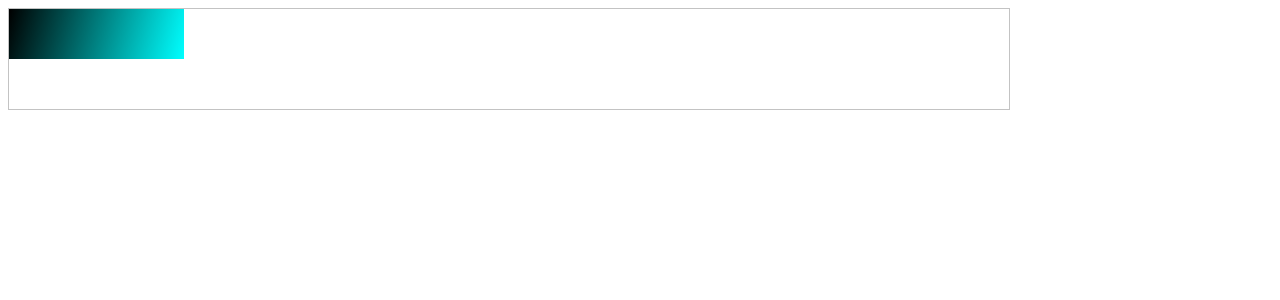
Repository: YukiXueyan/moquWebsite
Page: html/渐变.html
An editor plug-in stored every save of this project. The page is shown before and after the next save, followed by the edit.
The browser window is 1280 px wide. The pictures show the whole page.

Above is the page before, as saved 2020-07-05 15:42:57.

### html/渐变.html
<!DOCTYPE HTML>
<html>
<body>

<canvas id="myCanvas" width="1000" height="100" style="border:1px solid #c3c3c3;">
Your browser does not support the canvas element.
</canvas>


<script type="text/javascript">

var c=document.getElementById("myCanvas");
var cxt=c.getContext("2d");
var grd=cxt.createLinearGradient(0,0,175,50);
grd.addColorStop(0,"#000000");
grd.addColorStop(1,"#00FFff");
cxt.fillStyle=grd;
cxt.fillRect(0,0,175,50);

</script>

</body>
</html>

After the next save:
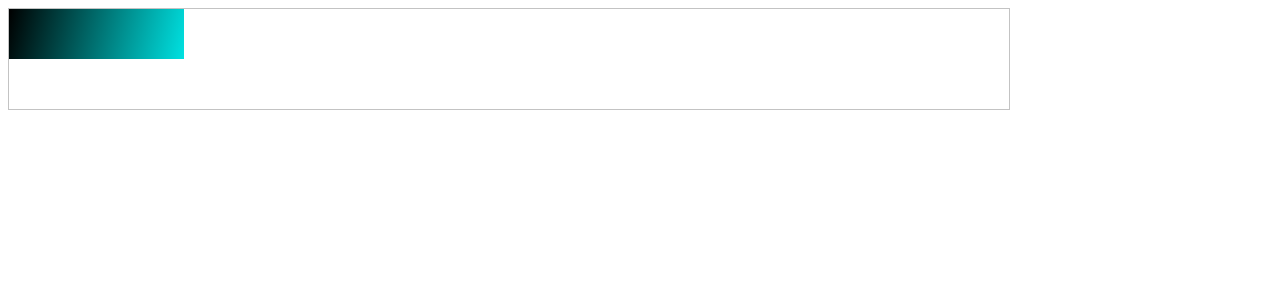
Saved 5 s later.
--- a/html/渐变.html
+++ b/html/渐变.html
@@ -11,7 +11,7 @@ Your browser does not support the canvas element.
 
 var c=document.getElementById("myCanvas");
 var cxt=c.getContext("2d");
-var grd=cxt.createLinearGradient(0,0,175,50);
+var grd=cxt.createLinearGradient(0,0,200,50);
 grd.addColorStop(0,"#000000");
 grd.addColorStop(1,"#00FFff");
 cxt.fillStyle=grd;
